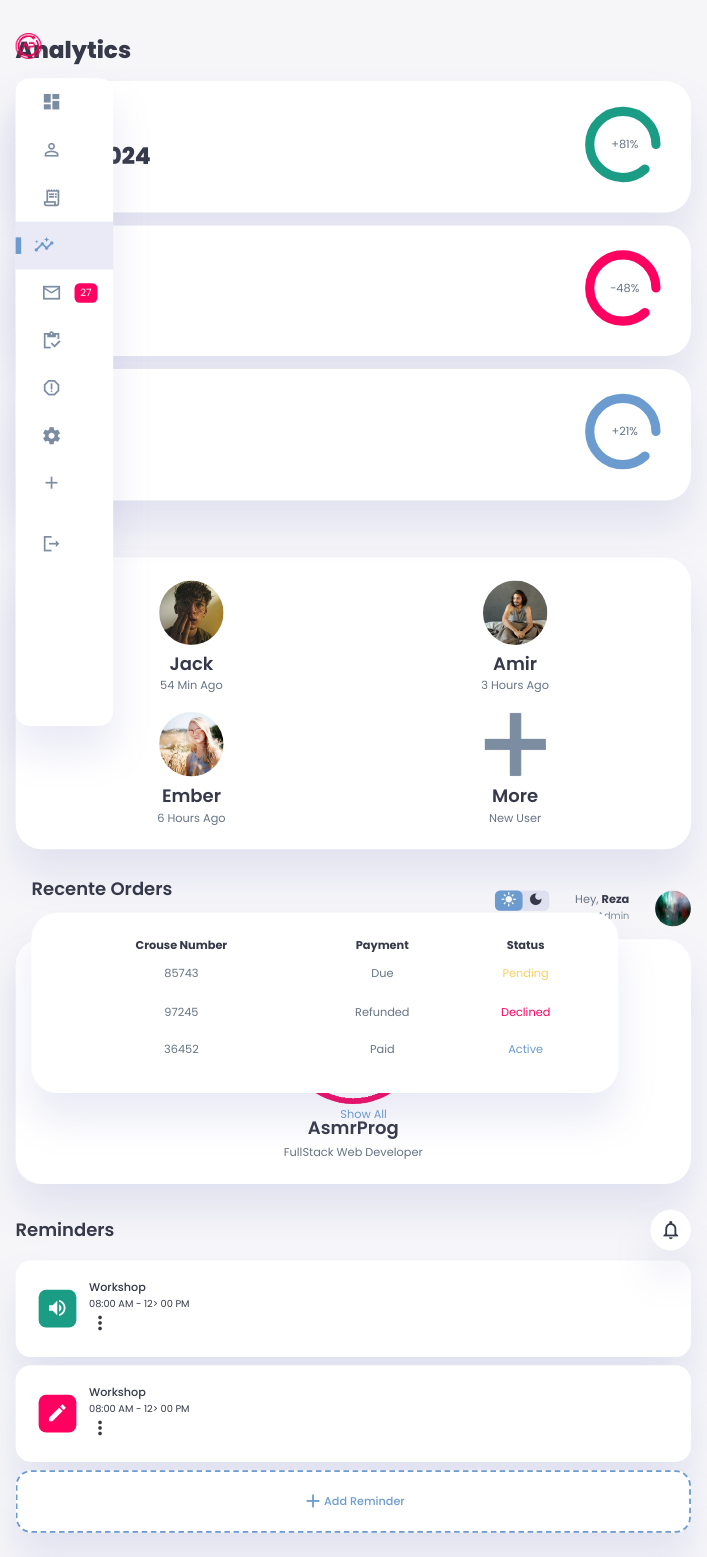
Repository: pheonix5/ProjetosRN-linux
Page: DashBoard/index.html
An editor plug-in stored every save of this project. The page is shown before and after the next save, followed by the edit.
The browser window is 768 px wide. The pictures show the whole page, at 92% of full size.

Above is the page before, as saved 2023-08-06 03:32:59.

After the next save:
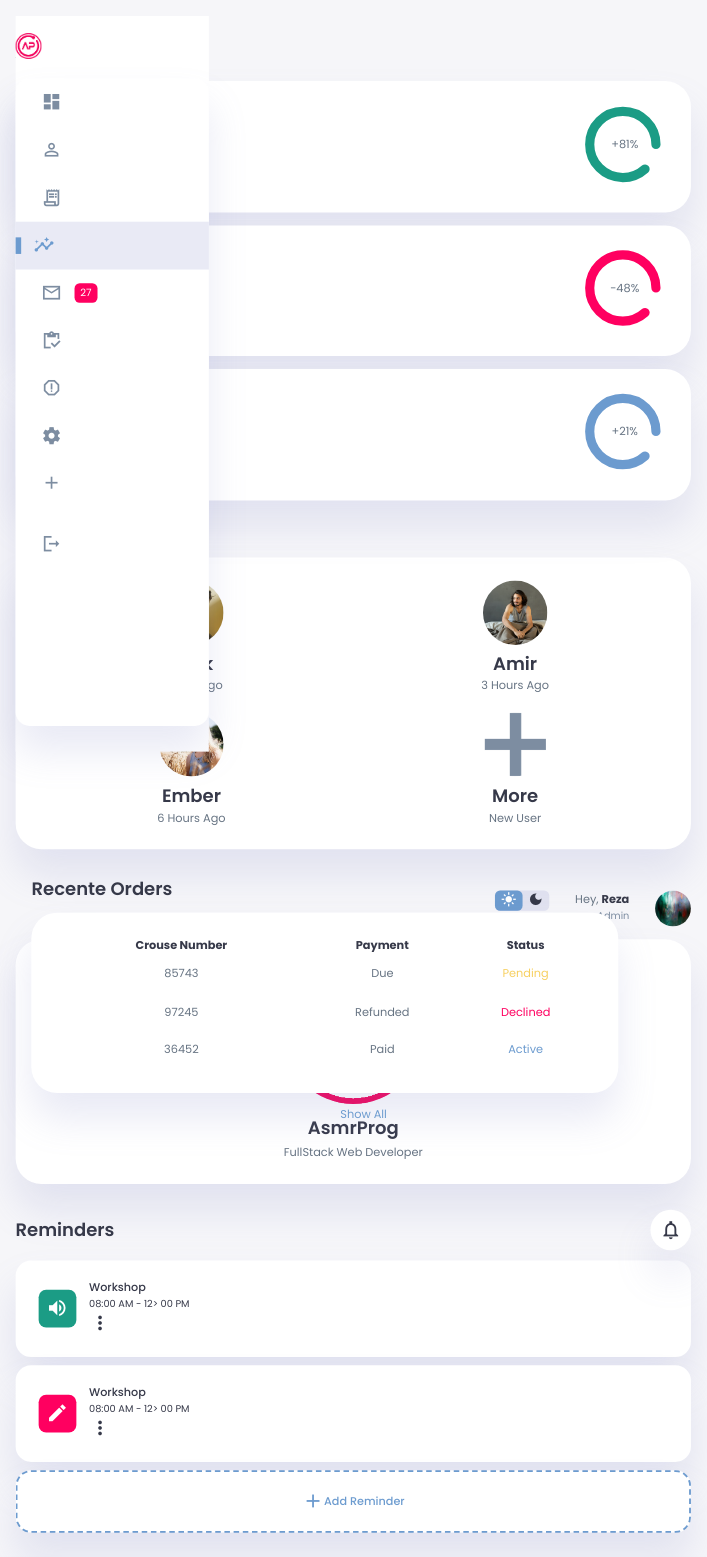
Saved 34 s later.
--- a/DashBoard/style.css
+++ b/DashBoard/style.css
@@ -599,5 +599,8 @@ main .recent-orders a{
 
   aside{
     position: fixed;
-  }
-}
+    background-color: var(--color-white);
+    width: 15rem;
+    z-index: 3;
+  }
+}
